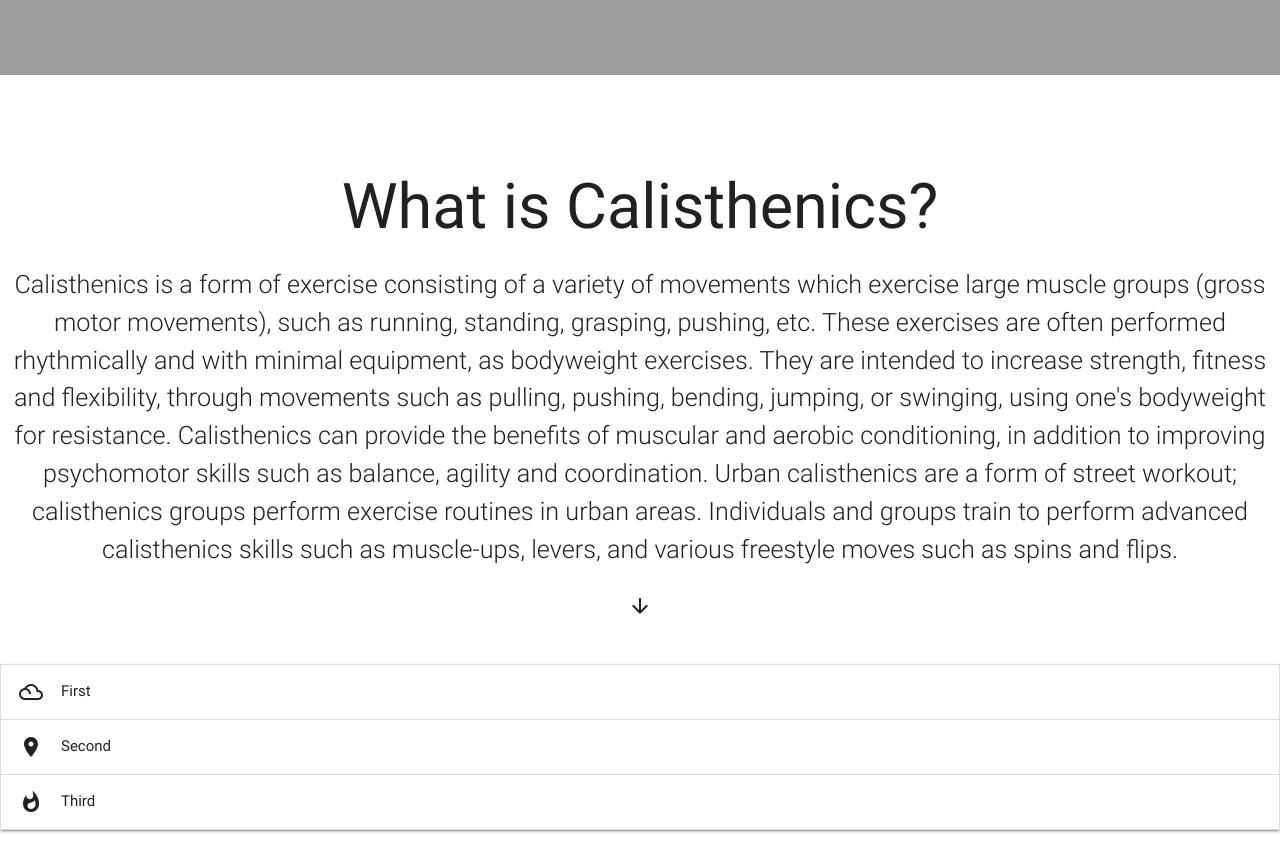
Repository: Ario124/calisthenics-project
Page: http://localhost/
The author's editor kept a record of every edit. The page is drawn from the files as they stood at one moment, then again after the next edit.
The browser window is 1280 px wide. The pictures show the part of the page from y = 644 to 1596 px (the page is 1509 px tall before and 1596 px after).
Pictures or frames that could not be fetched are drawn as grey boxes. The page is served by the project's application, run on Flask 3 (app.py). Queries for data that is not in the repository find no rows.

Above is the page before.

After the next edit:
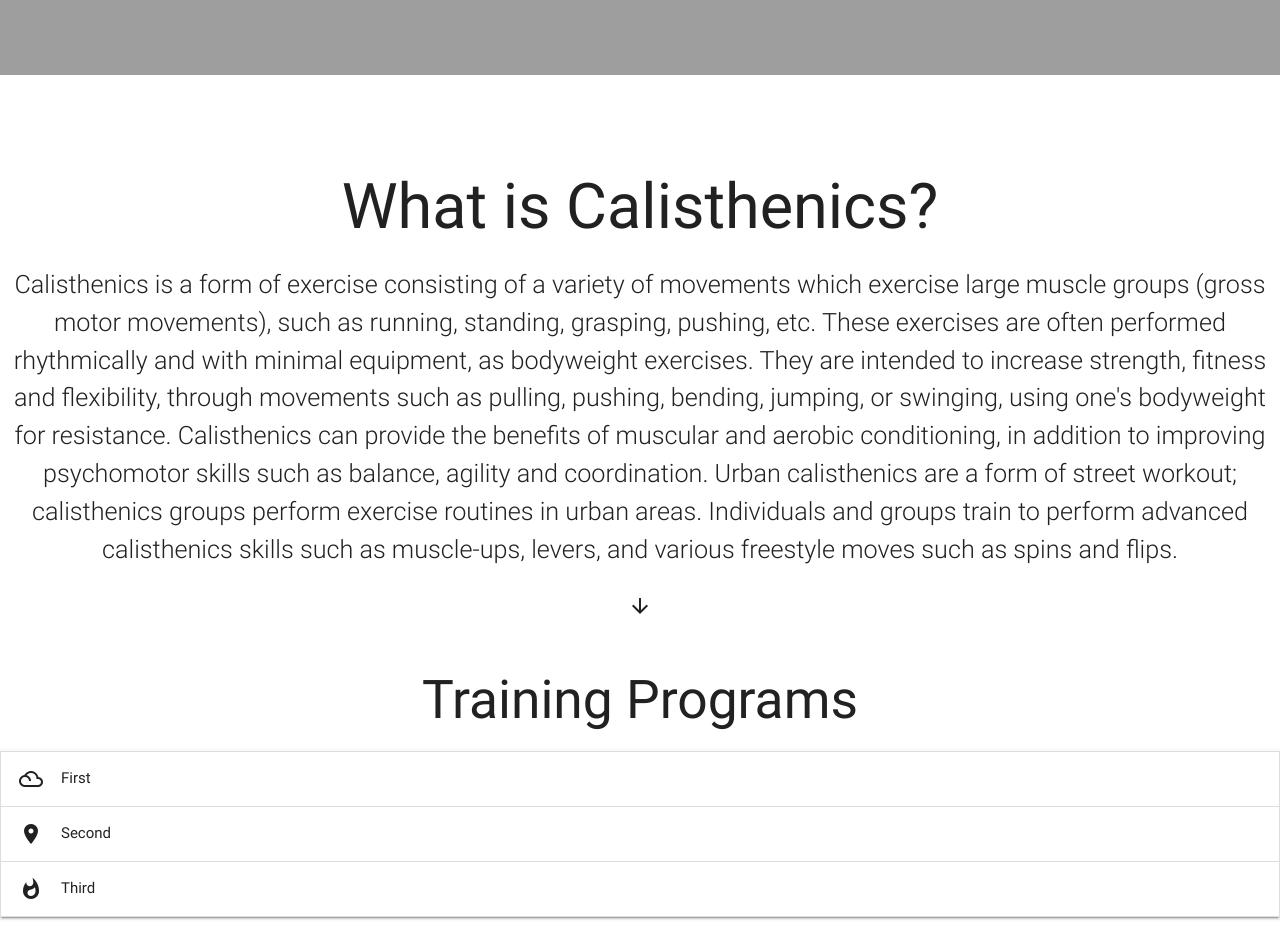
The edit:
--- a/templates/index.html
+++ b/templates/index.html
@@ -45,7 +45,7 @@
 
                 </div>
                <div class="row contoo">
-
+                    <h2 class="center-align">Training Programs</h2>
                                          {% for program in training_programs %}
                 {{program.program_name}}
                 {{program.program_category}}
